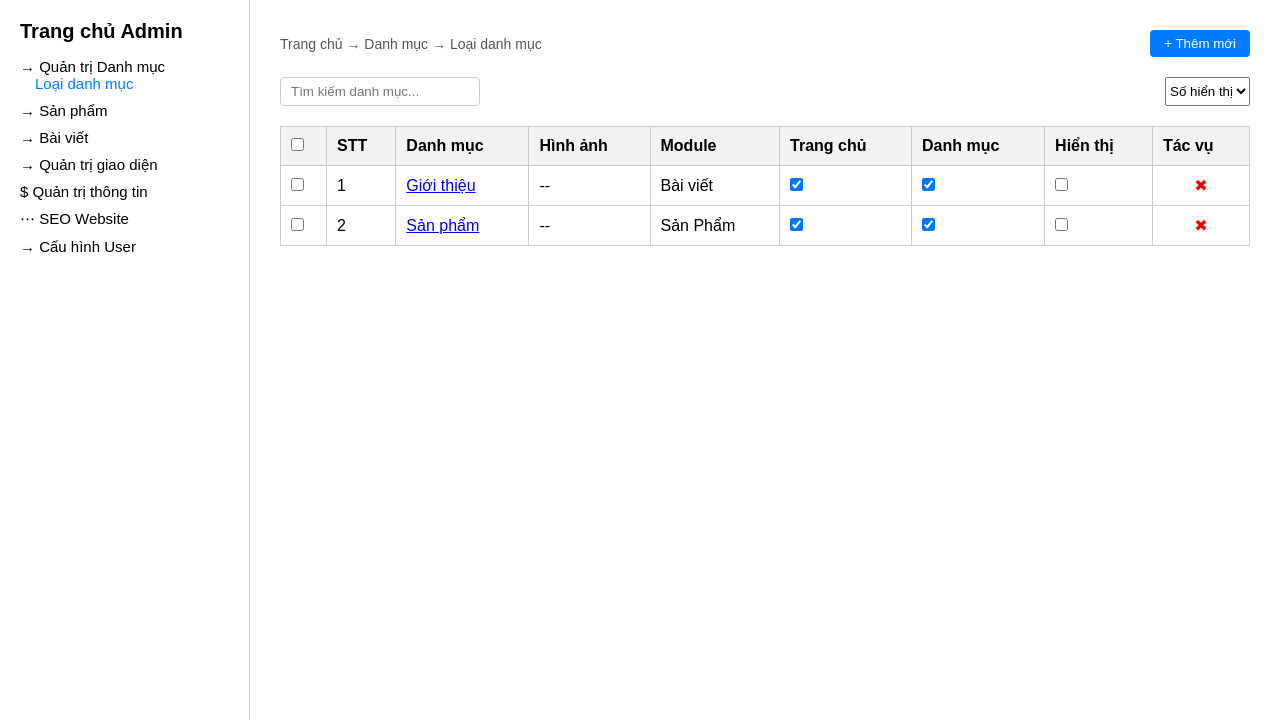
Repository: TranTanDat0606/Du-An-1
Page: Admin]/admin.html
The author's editor kept a copy of each file at every save. The page is drawn from the files as they stood at one save, then again after a run of saves.
The browser window is 1280 px wide. The pictures show the whole page.

Above is the page before, as saved 2025-07-30 10:03:32.

### Admin]/admin.html
<!DOCTYPE html>
<html lang="vi">
<head>
    <meta charset="UTF-8" />
    <meta name="viewport" content="width=device-width, initial-scale=1.0"/>
    <title>Quản lý danh mục</title>
    <link rel="stylesheet" href="admin.css" />
</head>
<body>
    <div class="admin-container">
    <aside class="sidebar">
    <h2>Trang chủ Admin</h2>
    <ul>
        <li>→ Quản trị Danh mục
    <ul class="submenu">
            <li><a href="#">Loại danh mục</a></li>
    </ul>
        </li>
        <li>→ Sản phẩm</li>
        <li>→ Bài viết</li>
        <li>→ Quản trị giao diện</li>
        <li>$ Quản trị thông tin</li>
        <li>⋯ SEO Website</li>
        <li>→ Cấu hình User</li>
    </ul>
    </aside>
    <main class="main-content">
    <div class="header-bar">
        <span class="breadcrumbs">Trang chủ → Danh mục → Loại danh mục</span>
        <button class="btn-new">+ Thêm mới</button>
    </div>

    <div class="table-toolbar">
        <input type="text" class="search-input" placeholder="Tìm kiếm danh mục..." />
        <select>
    <option>Số hiển thị</option>
        </select>
    </div>
    <table>
        <thead>
    <tr>
            <th><input type="checkbox" /></th>
            <th>STT</th>
            <th>Danh mục</th>
            <th>Hình ảnh</th>
            <th>Module</th>
            <th>Trang chủ</th>
            <th>Danh mục</th>
            <th>Hiển thị</th>
            <th>Tác vụ</th>
    </tr>
        </thead>
        <tbody>
    <tr>
            <td><input type="checkbox" /></td>
            <td>1</td>
            <td><a href="#">Giới thiệu</a></td>
            <td>--</td>
            <td>Bài viết</td>
            <td><input type="checkbox" checked /></td>
            <td><input type="checkbox" checked /></td>
            <td><input type="checkbox" /></td>
            <td class="text-danger">✖</td>
    </tr>
    <tr>
            <td><input type="checkbox" /></td>
            <td>2</td>
            <td><a href="#">Sản phẩm</a></td>
            <td>--</td>
            <td>Sản Phẩm</td>
            <td><input type="checkbox" checked /></td>
            <td><input type="checkbox" checked /></td>
            <td><input type="checkbox" /></td>
            <td class="text-danger">✖</td>
    </tr>
        </tbody>
    </table>
    </main>
    </div>
</body>
</html>

### Admin]/admin.css
* {
    margin: 0;
    padding: 0;
    box-sizing: border-box;
    font-family: sans-serif;
}

body {
    background: #f5f5f5;
}

.admin-container {
    display: flex;
    height: 100vh;
}

/* Sidebar */
.sidebar {
    width: 250px;
    background: #fff;
    border-right: 1px solid #ccc;
    padding: 20px;
}

.sidebar h2 {
    margin-bottom: 15px;
    font-size: 20px;
}

.sidebar ul {
    list-style: none;
}

.sidebar li {
    margin-bottom: 10px;
    font-size: 15px;
}

.sidebar .submenu {
    margin-left: 15px;
}

.sidebar a {
    color: #007bff;
    text-decoration: none;
}

/* Main Content */
.main-content {
    flex: 1;
    padding: 30px;
    background: #fff;
}

.header-bar {
    display: flex;
    justify-content: space-between;
    align-items: center;
}

.breadcrumbs {
    color: #555;
    font-size: 14px;
}

.btn-new {
    background: #007bff;
    color: #fff;
    border: none;
    padding: 6px 14px;
    border-radius: 4px;
    cursor: pointer;
}

.table-toolbar {
    margin: 20px 0;
    display: flex;
    justify-content: space-between;
}

.search-input {
    padding: 6px 10px;
    width: 200px;
    border: 1px solid #ccc;
    border-radius: 4px;
}

table {
    width: 100%;
    border-collapse: collapse;
    background: #fff;
}

table th,
table td {
    border: 1px solid #ccc;
    padding: 10px;
    text-align: left;
}

table th {
    background: #f2f2f2;
}

.text-danger {
    color: red;
    text-align: center;
}

After the next 4 saves:
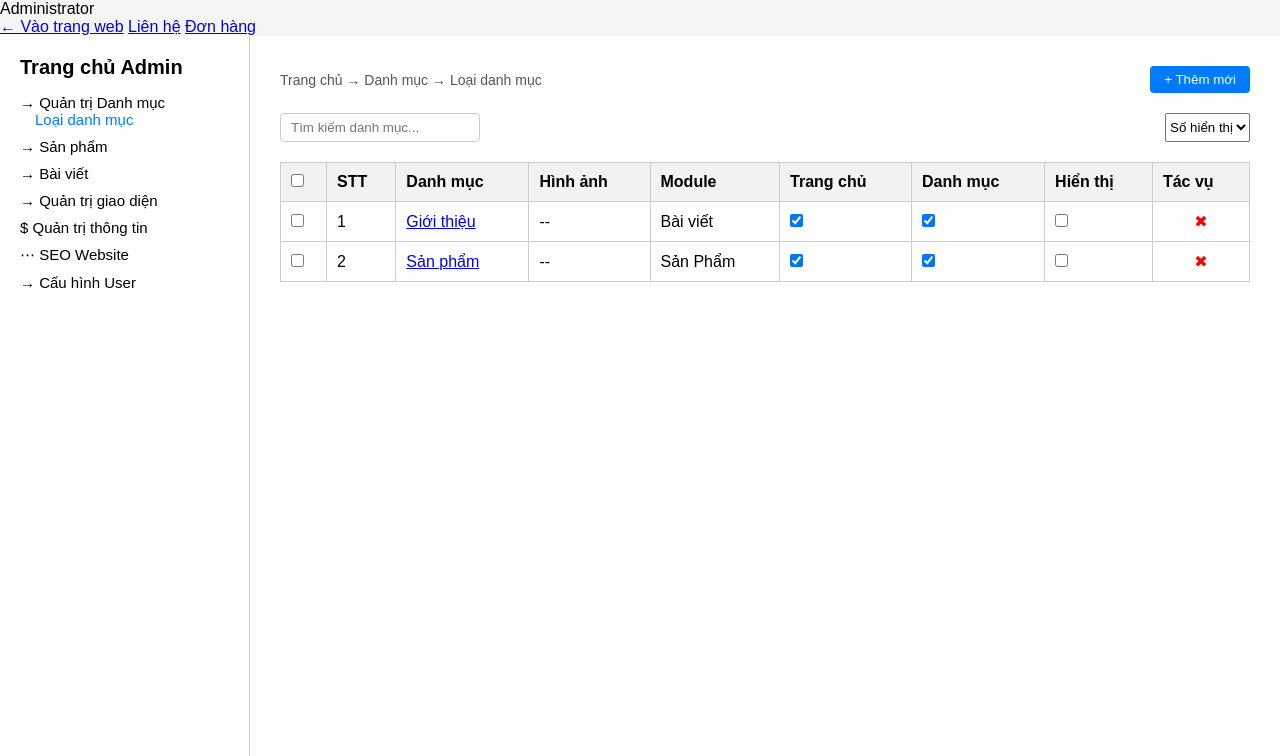
The 4 saves are shown as one change because they came seconds apart.
The last was saved 2 min 2 s later.
--- a/Admin]/admin.html
+++ b/Admin]/admin.html
@@ -7,6 +7,14 @@
     <link rel="stylesheet" href="admin.css" />
 </head>
 <body>
+    <header class="topbar">
+  <div class="topbar-left">Administrator</div>
+  <div class="topbar-right">
+    <a href="#">← Vào trang web</a>
+    <a href="#">Liên hệ</a>
+    <a href="#">Đơn hàng</a>
+  </div>
+</header>
     <div class="admin-container">
     <aside class="sidebar">
     <h2>Trang chủ Admin</h2>
